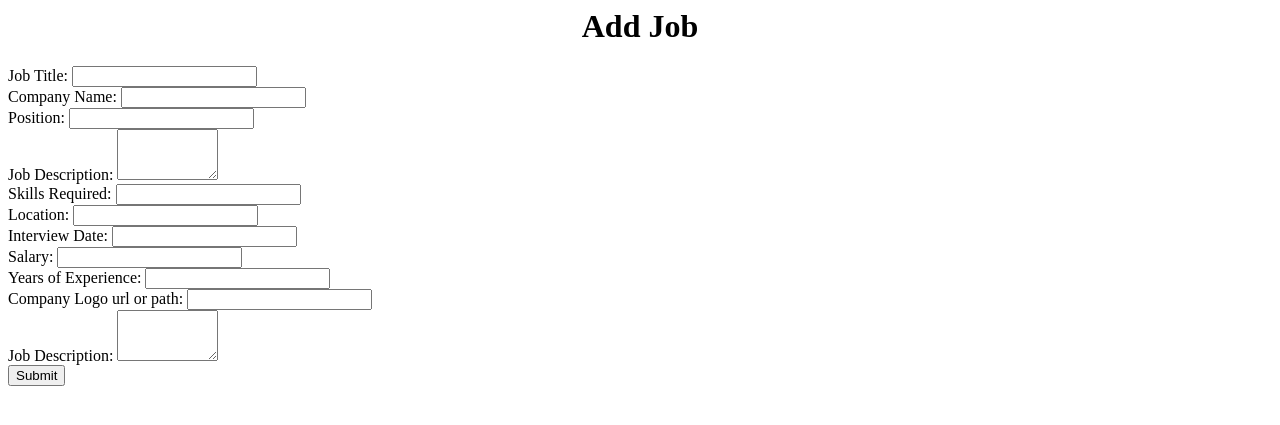
Repository: aneishkumar/AngularJS-Application
Page: Angularjs-Application-march30th/project2/WebContent/addjob.html
An editor plug-in stored every save of this project. The page is shown before and after the next save, followed by the edit.
The browser window is 1280 px wide. The pictures show the whole page.

Above is the page before, as saved 2018-03-30 08:34:07.

### Angularjs-Application-march30th/project2/WebContent/addjob.html
<h1><center>Add Job</center></h1>
<div class="containter">
<form>
<div class="form-group">
<label>Job Title:</label>
<input type="text" ng-model="job.jobtitle">
</div>
<div class="form-group">
<label>Company Name:</label>
<input type="text" ng-model="job.companyname">
</div>

<div class="form-group">
<label>Position:</label>
<input type="text" ng-model="job.position">
</div>
<div class="form-group">
<label>Job Description: </label>
<textarea  ng-model="job.description" rows="3" cols="10"  class="form-control"></textarea>
</div>
<div class="form-group">
<label>Skills Required:</label>
<input type="text" ng-model="job.skillsRequired">
</div>
<div class="form-group">
<label>Location:</label>
<input type="text" ng-model="job.location">
</div>
<div class="form-group">
<label>Interview Date:</label>
<input type="text" ng-model="job.interviewdate">
</div>
<div class="form-group">
<label>Salary:</label>
<input type="text" ng-model="job.salary">
</div>
<div class="form-group">
<label>Years of Experience:</label>
<input type="text" ng-model="job.yrsOfExp">
</div>
<div class="form-group">
<label>Company Logo url or path:</label>
<input type="text" ng-model="job.imagename">
</div>

<div class="form-group">
<label>Job Description: </label>
<textarea  ng-model="job.description" rows="3" cols="10"  class="form-control"></textarea>
</div>
<input type="submit" ng-click="addblog(blog)">

</form>


</div>

After the next save:
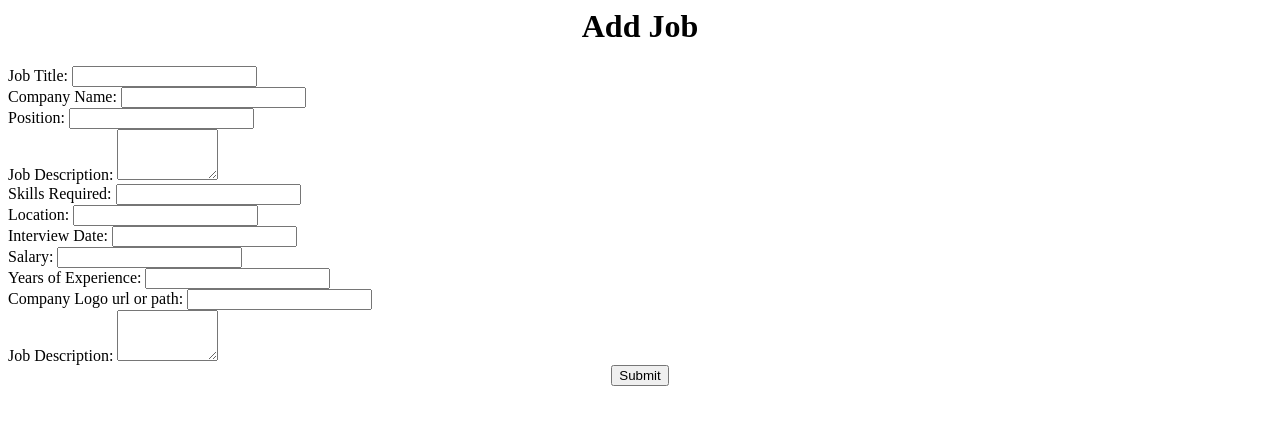
Saved 88 s later.
--- a/Angularjs-Application-march30th/project2/WebContent/addjob.html
+++ b/Angularjs-Application-march30th/project2/WebContent/addjob.html
@@ -47,7 +47,7 @@
 <label>Job Description: </label>
 <textarea  ng-model="job.description" rows="3" cols="10"  class="form-control"></textarea>
 </div>
-<input type="submit" ng-click="addblog(blog)">
+<center><input type="submit" ng-click="addblog(blog)"></center>
 
 </form>
 
